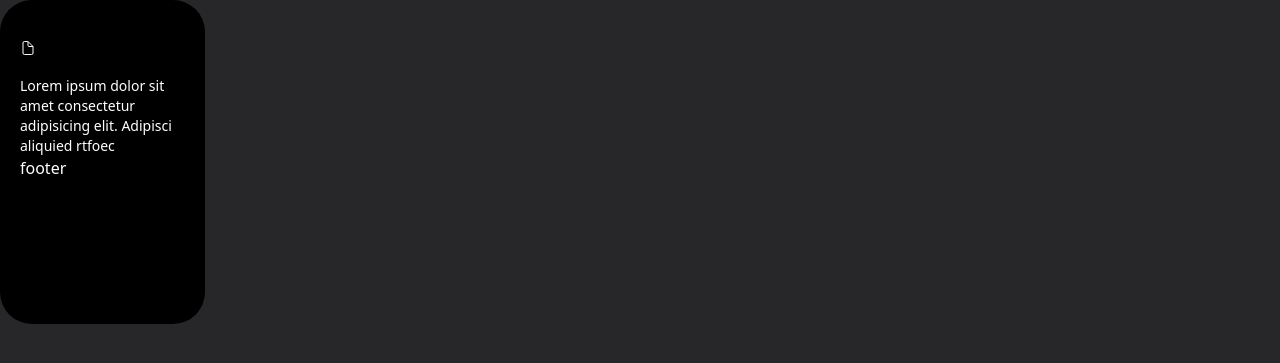
Repository: SharonSebastian32/dragable_cards
Page: /
An editor plug-in stored every save of this project. The page is shown before and after a run of saves, followed by the edit.
The browser window is 1280 px wide. The pictures show the whole page.
The project was rebuilt for these pictures with package versions that can differ from the ones it lists, and the page was loaded fresh each time. Also part of the build but not shown: vite.config.js.

Above is the page before, as saved 2024-08-21 10:18:21.

### src/App.jsx
import Background from "./Components/Background";
import Foreground from "./Components/Foreground";

const App = () => {
  return (
    <div className="w-full h-screen bg-zinc-800 relative">
      <Background />
      <Foreground/>
    </div>
  );
};
export default App;

### src/Components/Background.jsx
const Background = () => {
  return <div className="w-full h-full fixed z-[2]"> </div>;
};

export default Background;

### src/Components/Foreground.jsx
import Card from "./Card";

const Foreground = () => {
  return (
    <div className="w-full h-full fixed top-0 left-0 z-[3]">
      <Card />
    </div>
  );
};

export default Foreground;

### src/Components/Card.jsx
import { IoDocumentOutline } from "react-icons/io5";
const Card = () => {
  return (
    <div className="w-[16vw] h-[45vh] rounded-[2rem] text-white px-5 py-10 bg-black">
      <IoDocumentOutline />
      <p className="text-sm font-medium mt-5">
        Lorem ipsum dolor sit amet consectetur adipisicing elit. Adipisci
        aliquied rtfoec{" "}
          </p>
         footer
          <div>


          </div>
    </div>
  );
};

export default Card;

Loaded but not shown: index.html (common file); src/main.jsx (common file); src/index.css (common file); tailwind.config.js (common file)

After the next 2 saves:
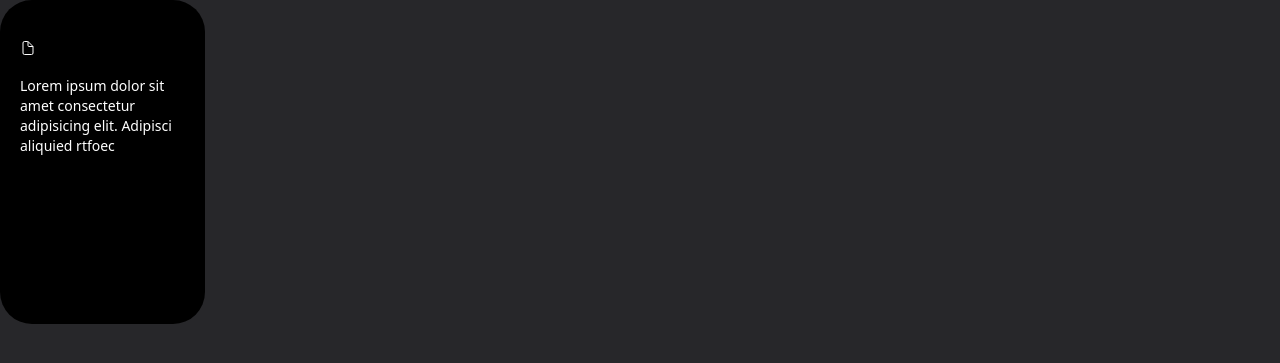
The 2 saves are shown as one change because they came seconds apart.
The last was saved 6 s later.
--- a/src/Components/Card.jsx
+++ b/src/Components/Card.jsx
@@ -7,8 +7,9 @@ const Card = () => {
         Lorem ipsum dolor sit amet consectetur adipisicing elit. Adipisci
         aliquied rtfoec{" "}
           </p>
-         footer
+         {/* footer   */}
           <div>
+
 
 
           </div>
